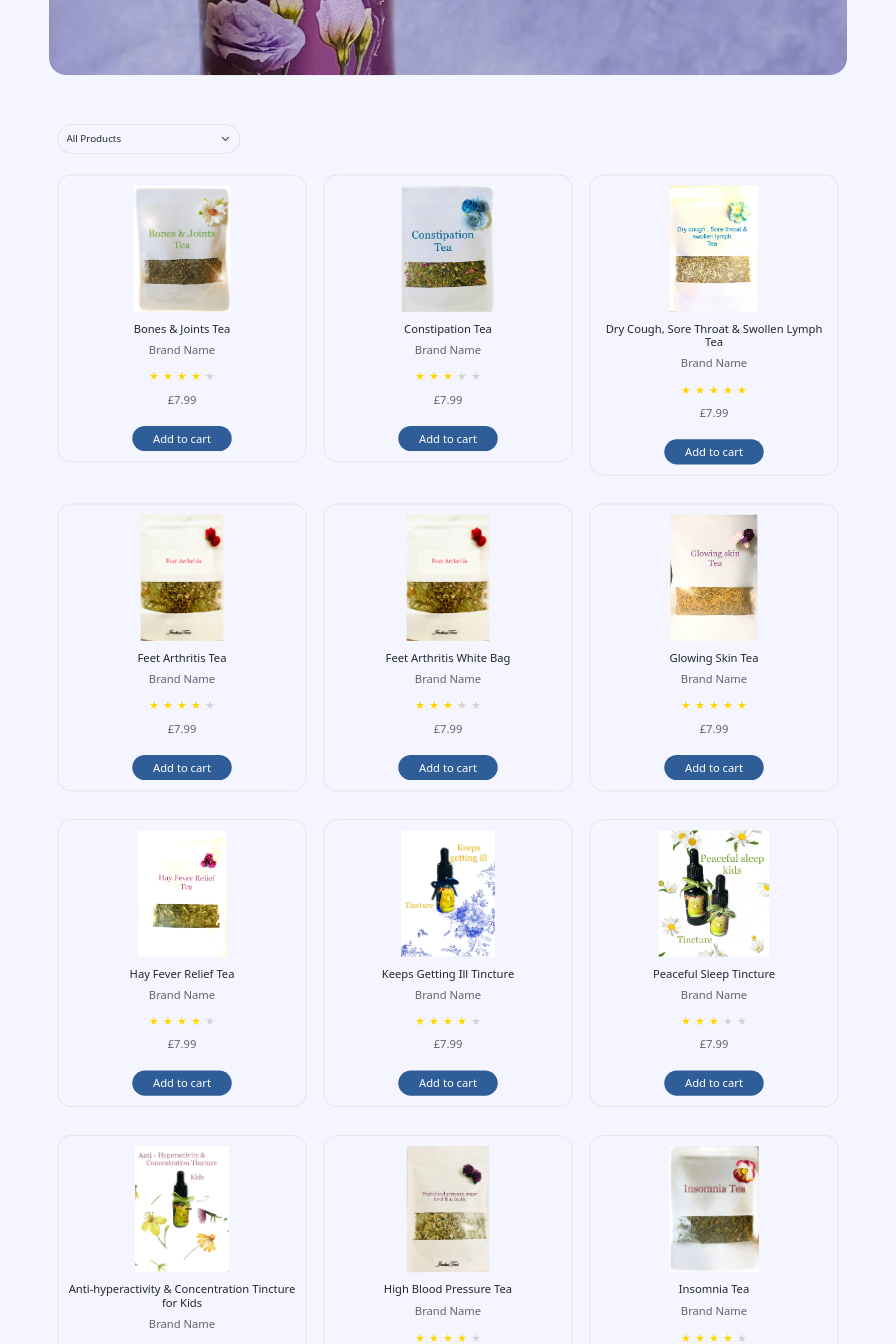
Repository: ZainAkbar51214/jarka
Page: shop.html
An editor plug-in stored every save of this project. The page is shown before and after the next save, followed by the edit.
The browser window is 1280 px wide. The pictures show the part of the page from y = 668 to 2588 px (the page is 8919 px tall before and 1172 px after), at 70% of full size.
Some web libraries are served in a nearby version.

Above is the page before, as saved 2024-06-15 10:35:22.
Console error: TypeError: Cannot read properties of null (reading 'getElementsByTagName')

After the next save:
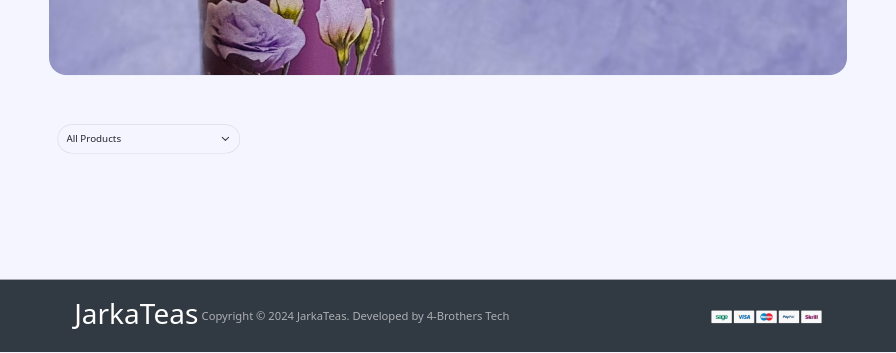
Console error: SyntaxError: Unexpected string
Saved 2 min 32 s later.
--- a/shop.html
+++ b/shop.html
@@ -235,6 +235,7 @@
                 { src: "img/Lungs Health Oral spray.JPG", alt: "Lungs Health Oral Spray", brand: "Brand Name", stars: 4, price: "£7.99" }
                 // Add more products as needed
             ],
+            "tea-strainers"
             "all": [
                 { src: "img/Bones _ Joints Tea .jpeg", alt: "Bones & Joints Tea", brand: "Brand Name", stars: 4, price: "£7.99" },
                 { src: "img/Constipation Tea 2.jpeg", alt: "Constipation Tea", brand: "Brand Name", stars: 3, price: "£7.99" },

After the save that followed:
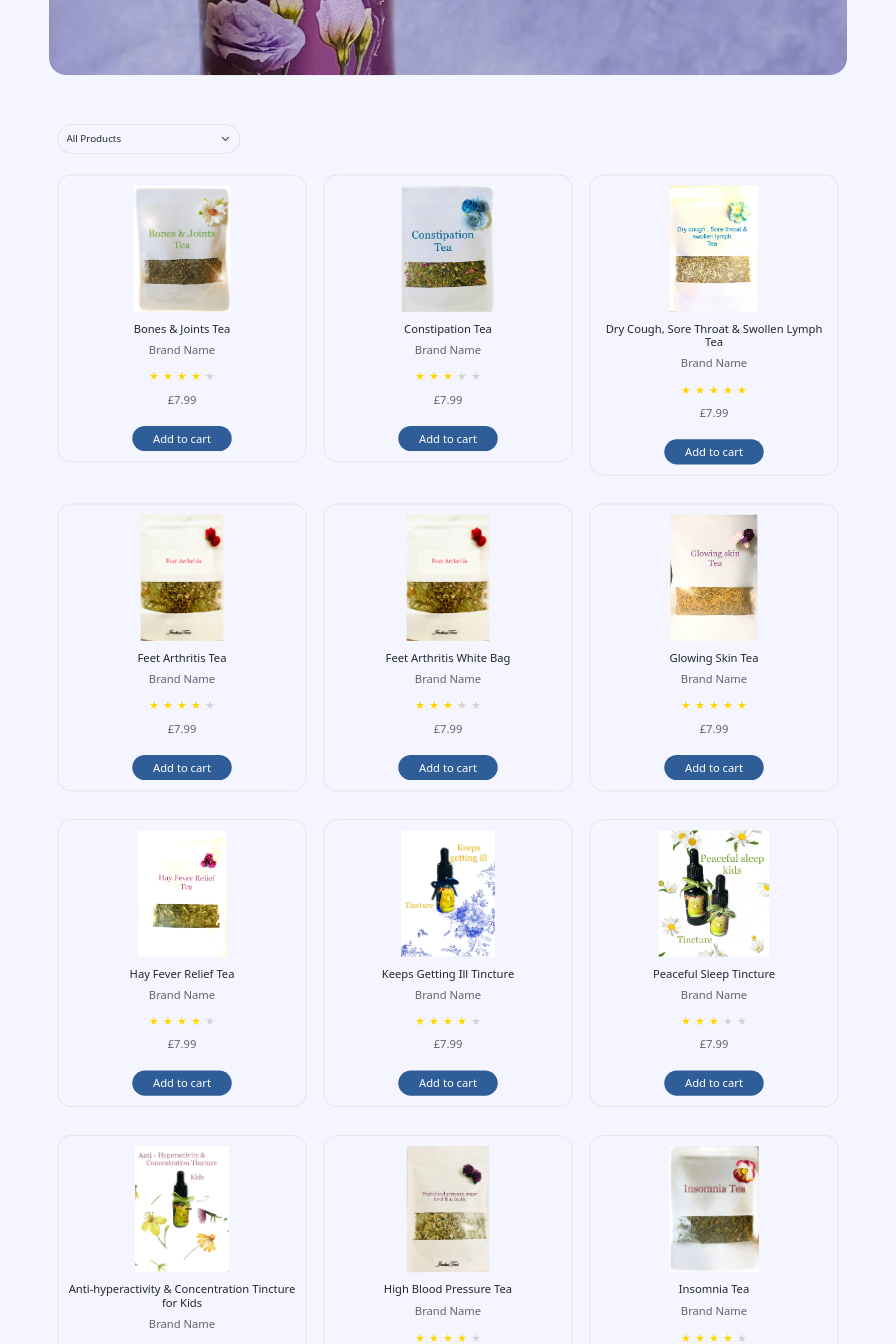
Console error: TypeError: Cannot read properties of null (reading 'getElementsByTagName')
Saved 10 min 20 s later.
--- a/shop.html
+++ b/shop.html
@@ -235,7 +235,15 @@
                 { src: "img/Lungs Health Oral spray.JPG", alt: "Lungs Health Oral Spray", brand: "Brand Name", stars: 4, price: "£7.99" }
                 // Add more products as needed
             ],
-            "tea-strainers"
+            "tea-strainers": [
+                // Add products as needed
+                {src: "img/1.jpeg", alt: "Tea Strainers", brand: "Brand Name", stars: 4, price: "£7.99"},
+                {src: "img/2.jpeg", alt: "Tea Strainers", brand: "Brand Name", stars: 4, price: "£7.99"},
+                {src: "img/3.jpeg", alt: "Tea Strainers", brand: "Brand Name", stars: 4, price: "£7.99"},
+                {src: "img/4.jpeg", alt: "Tea Strainers", brand: "Brand Name", stars: 4, price: "£7.99"},
+                {src: "img/5.jpeg", alt: "Tea Strainers", brand: "Brand Name", stars: 4, price: "£7.99"},
+                {src: "img/6.jpeg", alt: "Tea Strainers", brand: "Brand Name", stars: 4, price: "£7.99"},
+            ],
             "all": [
                 { src: "img/Bones _ Joints Tea .jpeg", alt: "Bones & Joints Tea", brand: "Brand Name", stars: 4, price: "£7.99" },
                 { src: "img/Constipation Tea 2.jpeg", alt: "Constipation Tea", brand: "Brand Name", stars: 3, price: "£7.99" },
